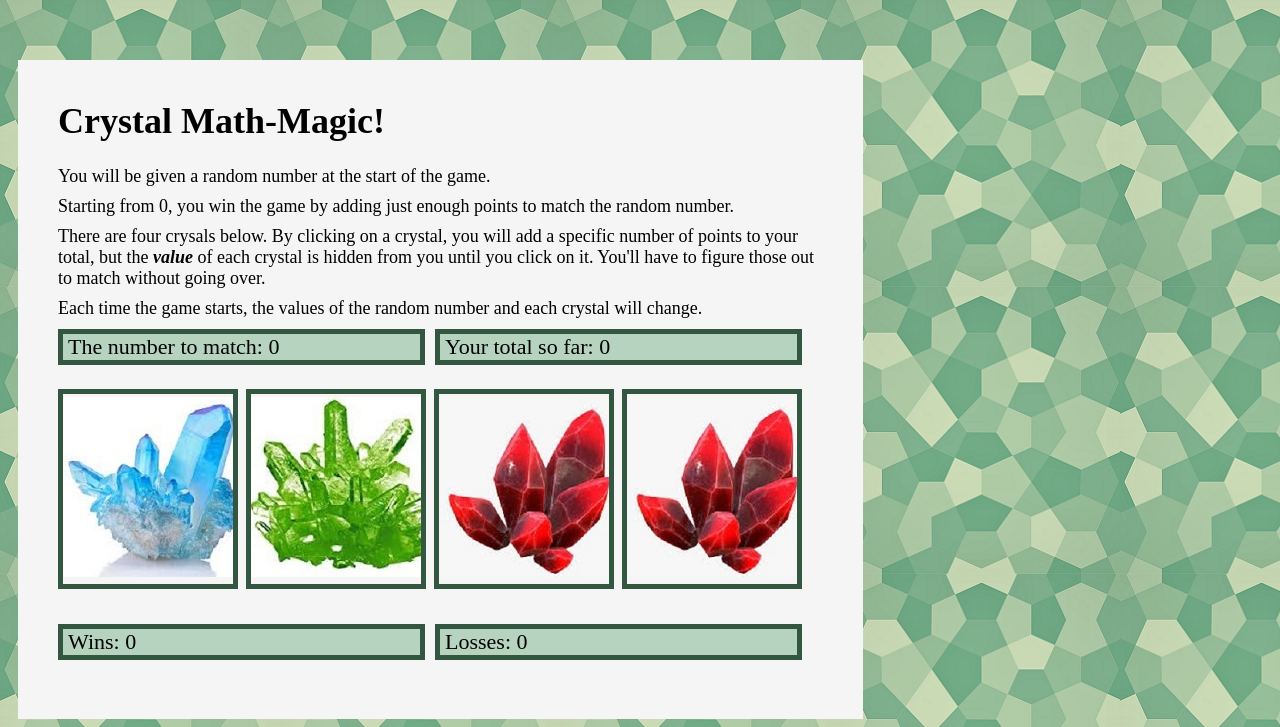
Repository: dsaftler/unit-4-game
Page: index.html
An editor plug-in stored every save of this project. The page is shown before and after the next save, followed by the edit.
The browser window is 1280 px wide. The pictures show the whole page.
Some web fonts or font styles are not loaded; a fallback is used.

Above is the page before, as saved 2019-04-02 00:12:30.

### index.html
<!DOCTYPE html>
<html lang="en">
<head>
  <meta charset="UTF-8">
  <meta name="viewport" content="width=device-width, initial-scale=1.0">
  <meta http-equiv="X-UA-Compatible" content="ie=edge">
  <link rel="stylesheet" href="assets/css/reset.css">
  <link rel="stylesheet" href="assets/css/style.css">
  <link href="https://fonts.googleapis.com/css?family=BioRhyme" rel="stylesheet">

  <title>Puzzle Crystal matching</title>
</head>
<body>
<div class="container">
  <h1>Crystal Math-Magic!</h1>
  <div class="instructions">
  <p>You will be given a random number at the start of the game.</p>
  <p>Starting from 0, you win the game by adding just enough points to match the random number.</p>
  <p>There are four crysals below.  By clicking on a crystal, you will add a specific number of points to your total, but the <strong><em>value</em></strong> of each crystal is hidden from you until you click on it.  You'll have to figure those out to match without going over. </p>

  <p>Each time the game starts, the values of the random number and each crystal will change.</p>
  </div>

  <div class="scoring-area">
    <div class="half first bordergreen" id="randomTarget">The number to match: 0</div>
    <div class="half second bordergreen" id="currentTotal">Your total so far: 0</div>
  </div>
  <div class="crystal-set">
    <div class="crystal bordergreen clearfix" id="crystal_1"><img src="assets/images/crystal_1.jpg"></div>
    <div class="crystal bordergreen clearfix" id="crystal_2"><img src="assets/images/crystal_2.jpg"></div>
    <div class="crystal bordergreen clearfix" id="crystal_3"><img src="assets/images/crystal_3.jpg"></div>
    <div class="crystal bordergreen clearfix" id="crystal_4"><img src="assets/images/crystal_4.jpg"></div>
  </div>
  <div class="scoring-area">
    <div class="half first bordergreen" id="Wins">Wins: 0</div>
    <div class="half second bordergreen" id="Losses">Losses: 0</div>
  </div>
</div>
    <script src="https://ajax.googleapis.com/ajax/libs/jquery/3.3.1/jquery.min.js"></script>

</body>
</html>

### assets/css/style.css
* {
  box-sizing: border-box;
}
body {
height: 100%;
background-image: url("../images/congruent_pentagon.png");
background-repeat: repeat;
width: 70%;
font-family: 'BioRhyme',serif;
font-size: 18px;
}

h1 {margin-top: 0px;}
p {
  margin-top: 0em;
  margin-bottom: 0.5em;
}
.container{
  background-color: whitesmoke;
  width: 845px;
  padding: 40px;
  margin: auto;
  margin-top: 60px;
  margin-left: 10px;
  align-content: center;



}
/* .instructions{
  width: 765px;
} */
.scoring-area{
  clear:both;
  /* width:760px; */
  height: 35px;
  margin-bottom: 20px;
  margin-top:10px;
}
.half{
  float: left;
  width: 367px;
  background-color: rgb(182,211,192);
  font-size: 22px;
  padding-left: 5px;

}
.bordergreen {
  border: 5px solid rgb(50, 86, 63)
}
.first {margin-right: 4px;}
.second {margin-left: 6px;}
/* #randomTarget {color: teal;}
#currentTotal {color: teal;} */
.crystal-set{
  /* background-color: #ffffff; */
  height: 230px;
  /* width: 760px; */
  /* padding: 5px; */
  /* padding-left:8px; */
}
.crystal{
  display: block;
  align-content: center;
  float: left;
  height: 200px;
  width: 180px;
  margin-right: 8px;
  margin-right: 8px;
  margin-top: 5px;
}
.clearfix {
  overflow: hidden;
}

Loaded but not shown: assets/css/reset.css (no stored copy; drawn as an empty file)

After the next save:
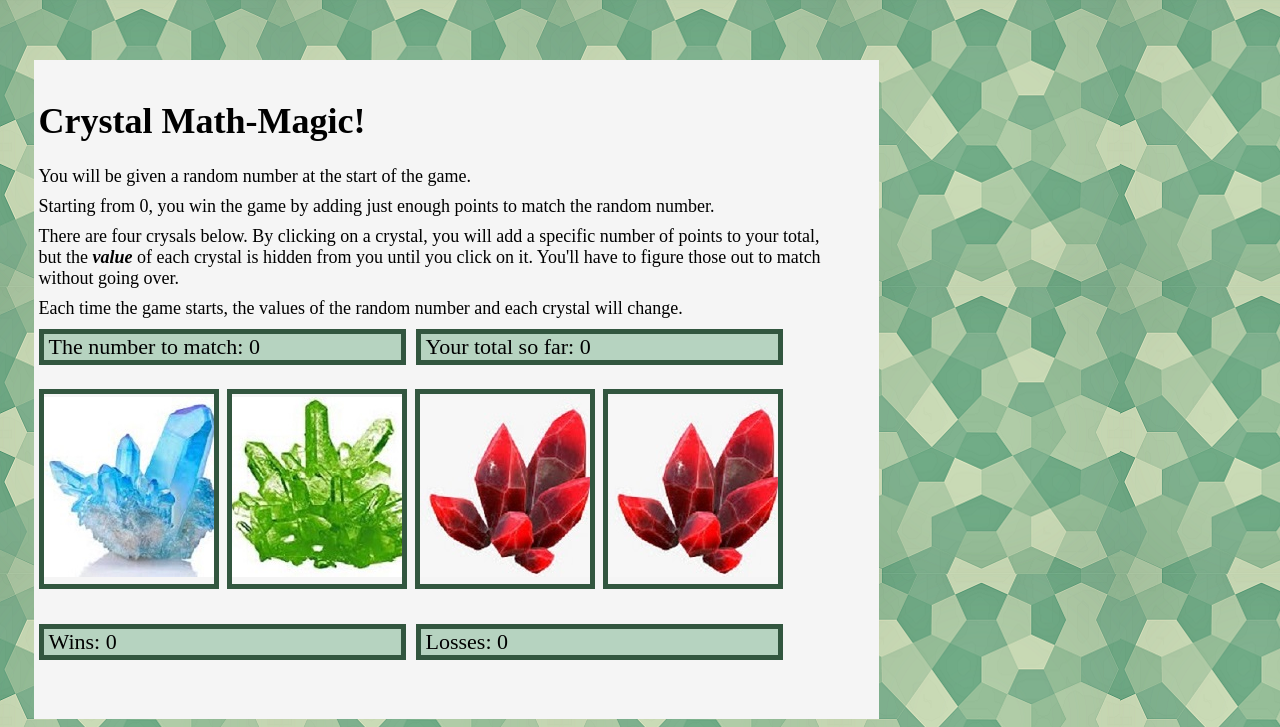
Saved 20 s later.
--- a/assets/css/style.css
+++ b/assets/css/style.css
@@ -19,9 +19,9 @@ p {
   background-color: whitesmoke;
   width: 845px;
   padding: 40px;
+  padding-left: 5px;
   margin: auto;
   margin-top: 60px;
-  margin-left: 10px;
   align-content: center;
 
 
